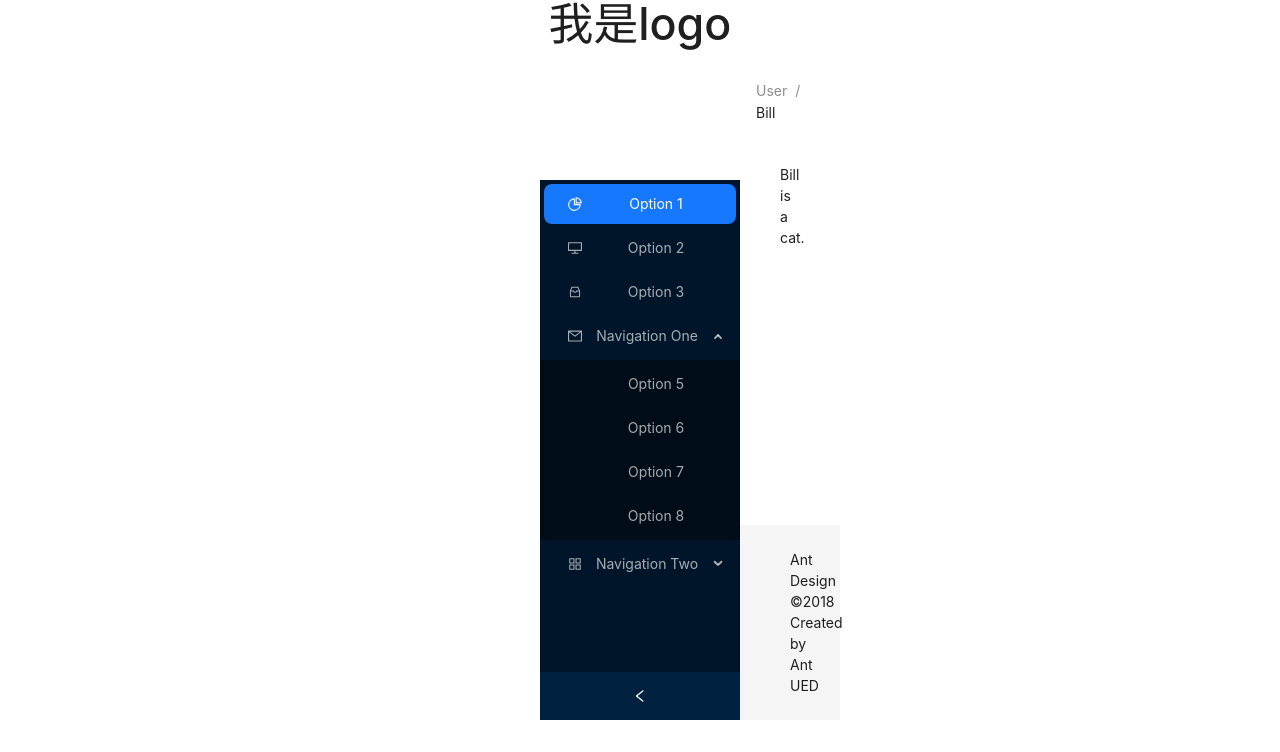
Repository: chenyl8848/chen-tool-collection
Page: /
An editor plug-in stored every save of this project. The page is shown before and after the next save, followed by the edit.
The browser window is 1280 px wide. The pictures show the whole page.
The project was rebuilt for these pictures with package versions that can differ from the ones it lists, and the page was loaded fresh each time. Also part of the build but not shown: vite.config.ts, src/components/HelloWorld.vue.

Above is the page before, as saved 2024-01-09 10:52:49.

After the next save:
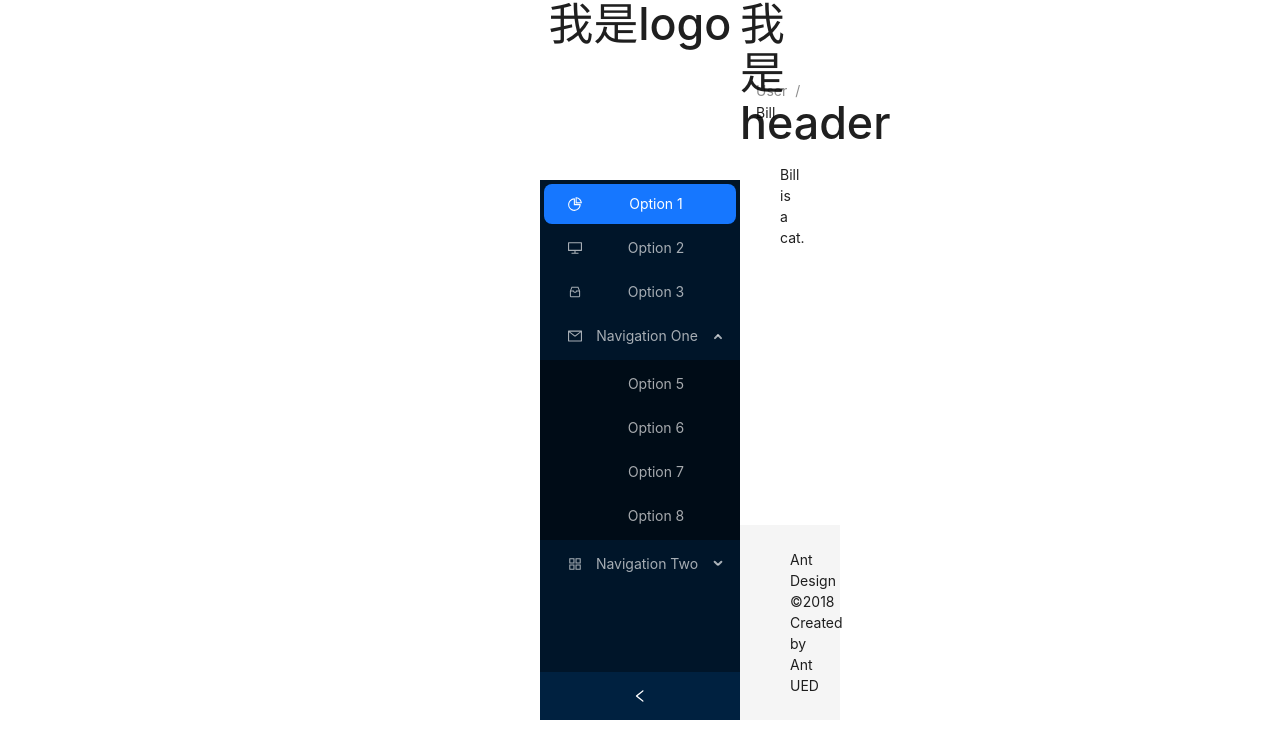
Saved 12 s later.
--- a/src/layout/index.vue
+++ b/src/layout/index.vue
@@ -15,8 +15,8 @@
             </div>
         </a-layout-sider>
         <a-layout>
-            <a-layout-header style="background: #fff; padding: 0" >
-
+            <a-layout-header style="background: #fff; padding: 0">
+                <Header></Header>
             </a-layout-header>
             <a-layout-content style="margin: 0 16px">
                 <a-breadcrumb style="margin: 16px 0">
@@ -35,7 +35,6 @@
 </template>
 
 <style scoped>
-
 .logo {
     height: 180px;
     background: white;
